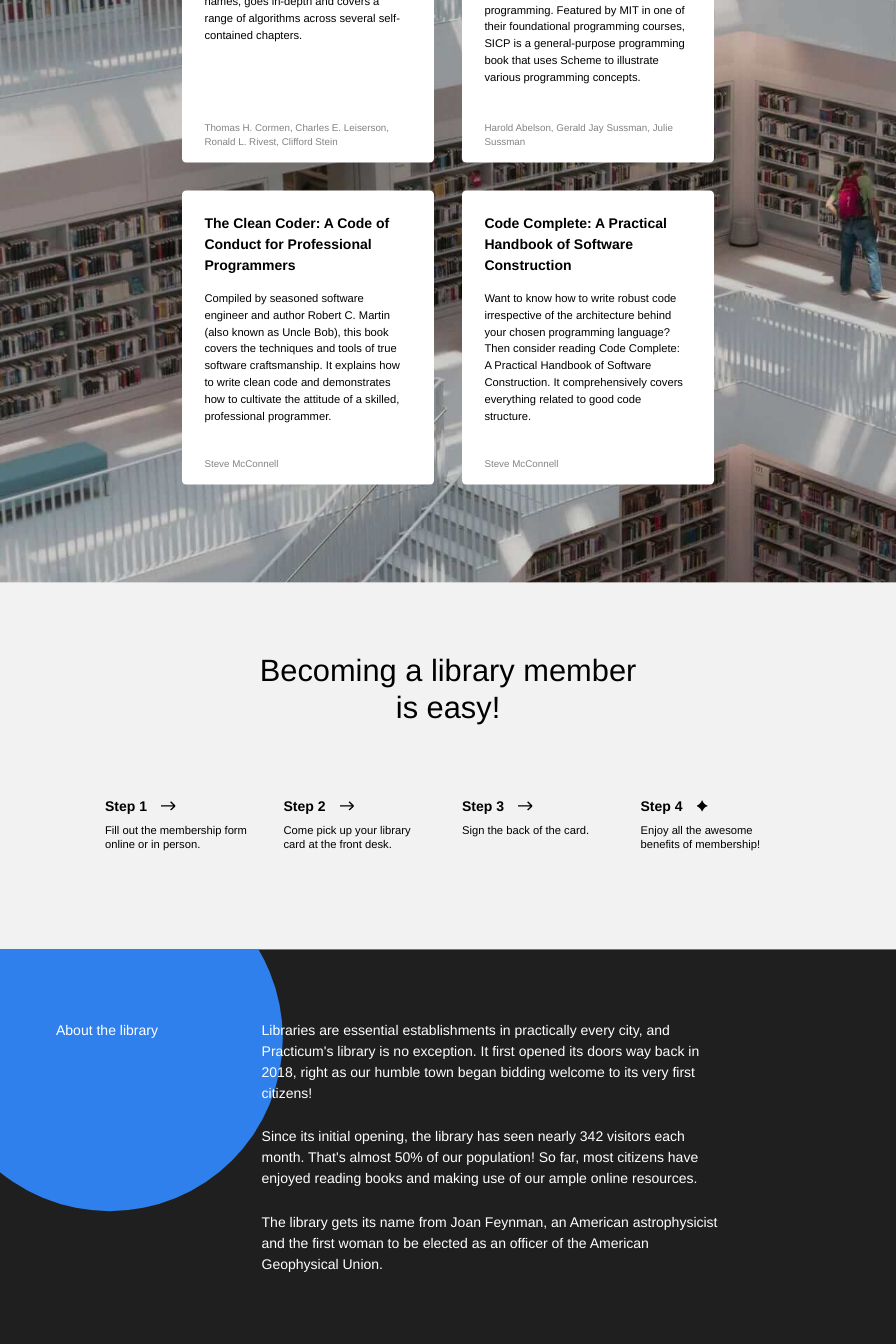
Repository: MWilliams-26/se_project_library
Page: index.html
These files come from the project's save history. The page is drawn as it stood at one moment and after the next save; the edit follows.
The browser window is 1280 px wide. The pictures show the part of the page from y = 2006 to 3926 px (the page is 3926 px tall), at 70% of full size.

Above is the page before, as saved 2023-04-04 12:31:42.

After the next save:
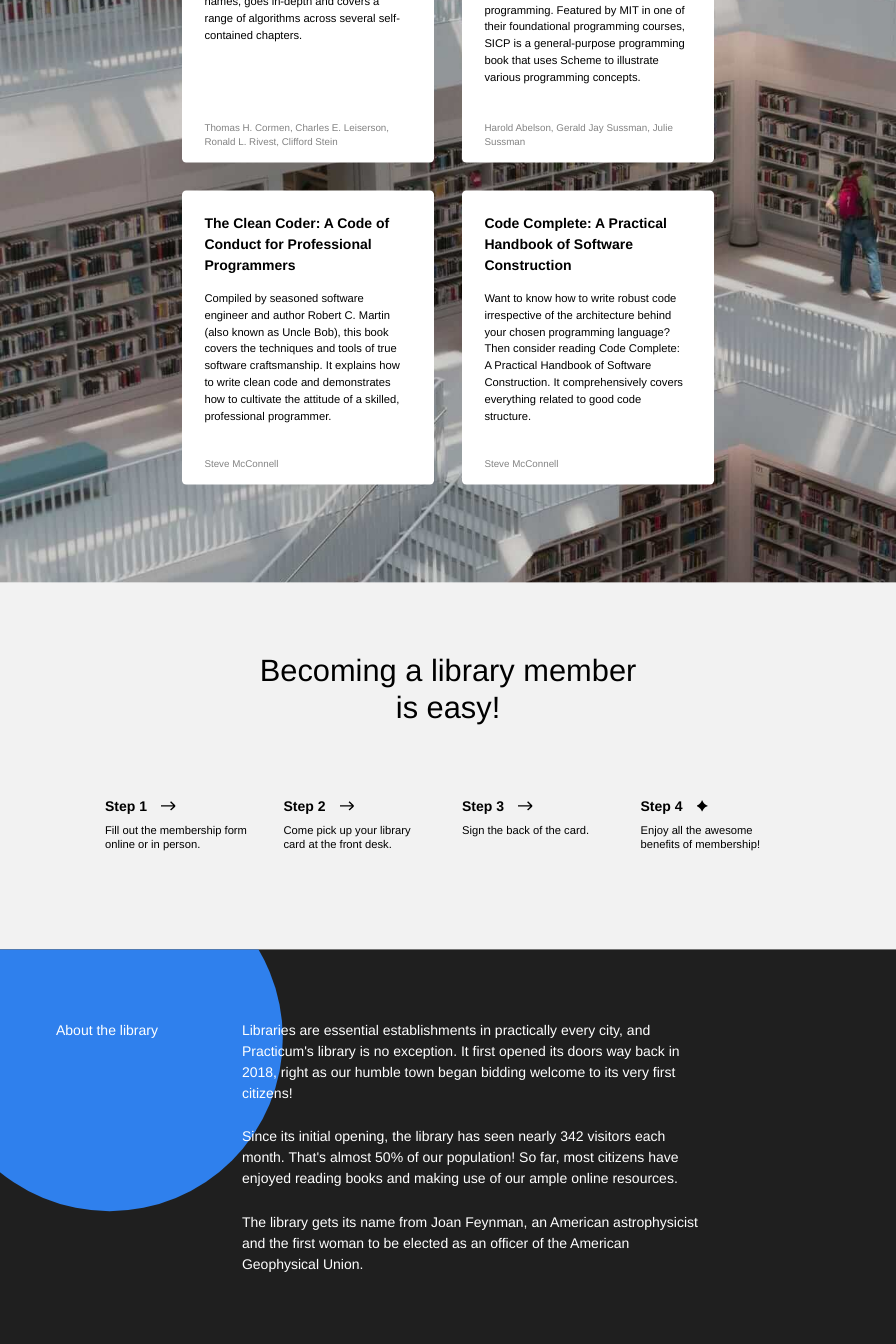
Saved 75 s later.
--- a/styles/style.css
+++ b/styles/style.css
@@ -366,6 +366,7 @@
   line-height: 30px;
   font-weight: 500;
   max-width: 154px;
+  padding-right: 120px;
   z-index: 1;
 }
 
@@ -376,8 +377,6 @@
   max-width: 660px;
   display: flex;
   flex-direction: column;
-  margin-left: 120px;
-  padding-left: 28px;
   z-index: 2;
 }
 
